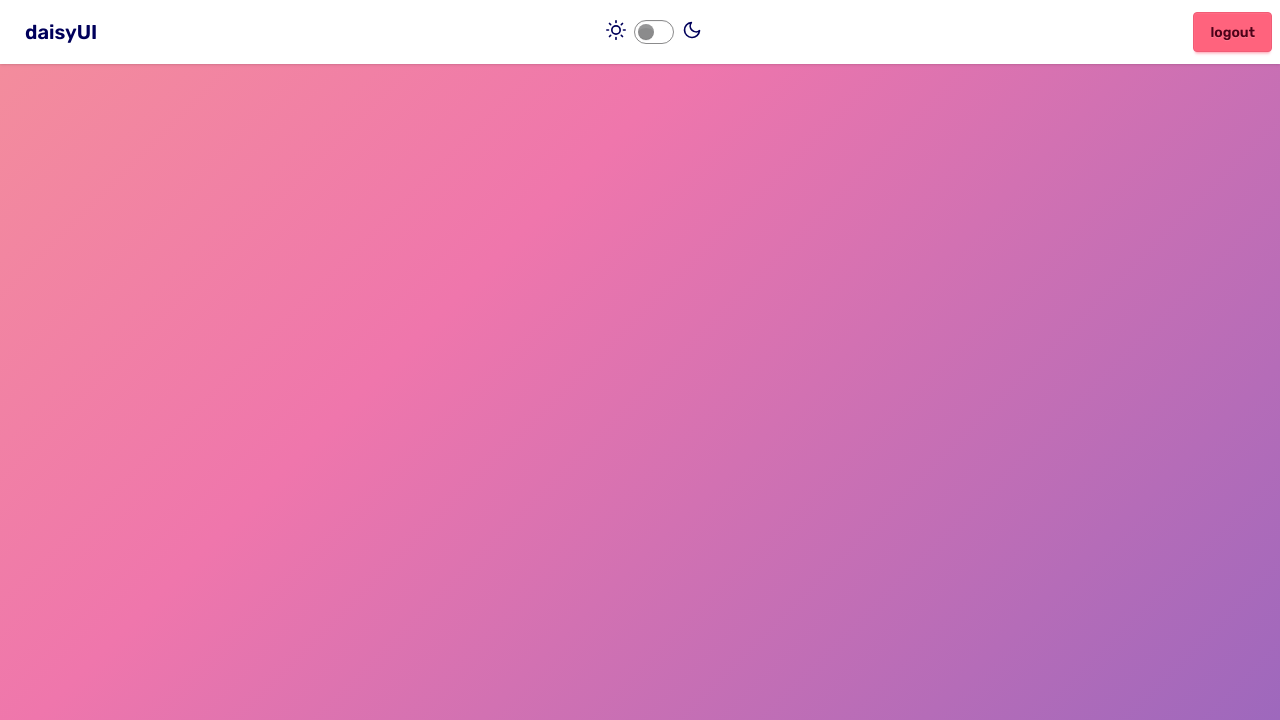
Repository: mariamnabil23/ToDo_App
Page: /
An editor plug-in stored every save of this project. The page is shown before and after a run of saves, followed by the edit.
The browser window is 1280 px wide. The pictures show the whole page.
Some web fonts or font styles are not loaded; a fallback is used. The project was rebuilt for these pictures with package versions that can differ from the ones it lists, and the page was loaded fresh each time. Requests to the local data server were answered from the project's data file. Also part of the build but not shown: vite.config.js.

Above is the page before, as saved 2025-05-01 21:13:58.

After the next 4 saves:
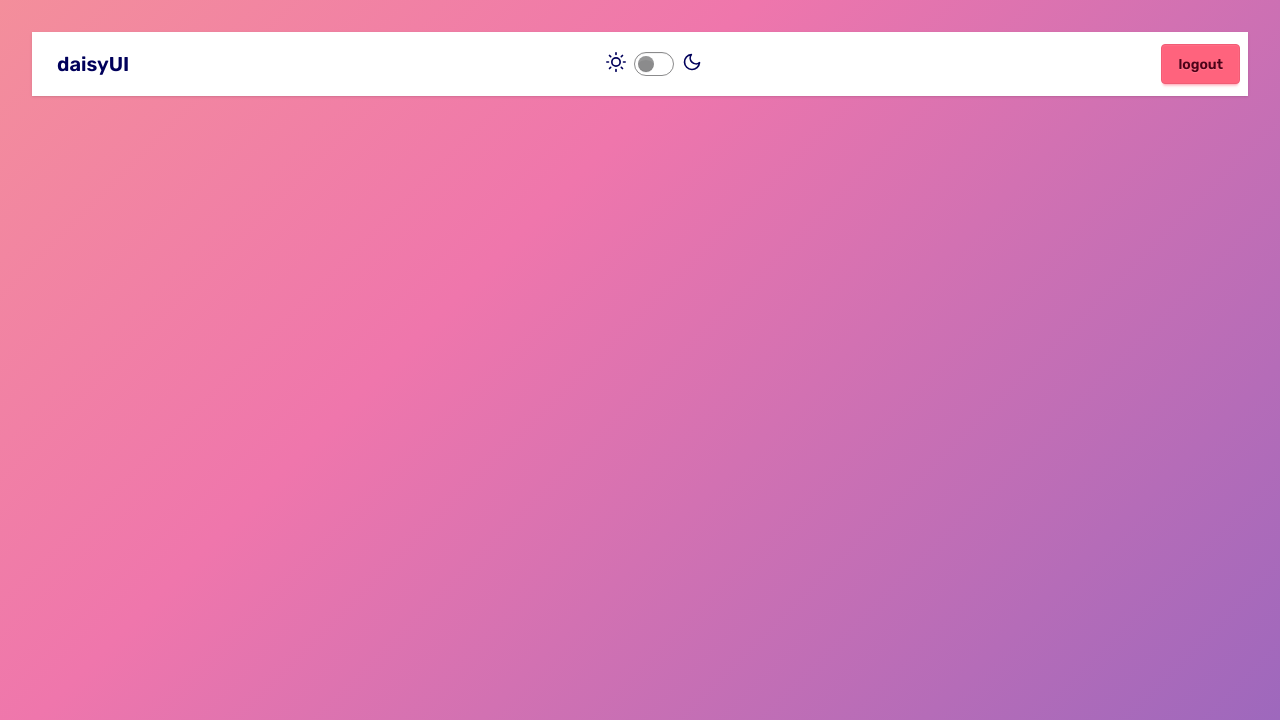
The 4 saves are shown as one change because they came seconds apart.
The last was saved 38 s later.
--- a/src/App.jsx
+++ b/src/App.jsx
@@ -9,7 +9,7 @@ function App() {
 
   return (
     <>
-      <div className={dark ? "darkMood" : "lightMood"} style={{height: "100vh"}}  >
+      <div className={dark ? "app  darkMood" : "app  lightMood"} style={{height: "100vh"}}  >
         <Navbar/>
       </div>
     </>
